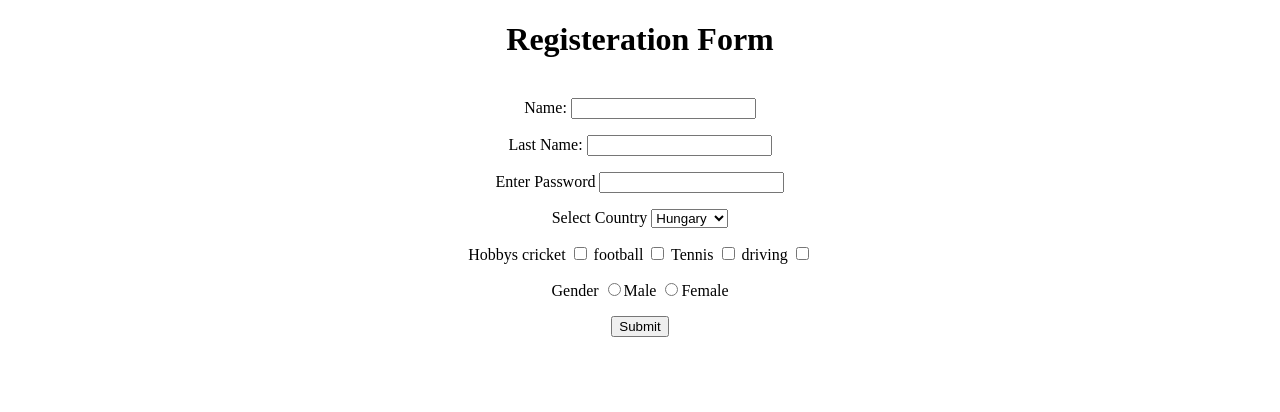
Repository: DevKhanHassam/SpringMvc
Page: http://localhost/formPractice/WEB-INF/views/form.jsp
The author's editor kept a copy of each file at every save. The page is drawn from the files as they stood at one save, then again after the next save.
The browser window is 1280 px wide. The pictures show the whole page.
The page is served by Tomcat 9. Nobody is signed in. The template is opened directly, without the code that normally fills it, so the values that code supplies are empty.

Above is the page before, as saved 2024-05-18 15:28:11.

After the next save:
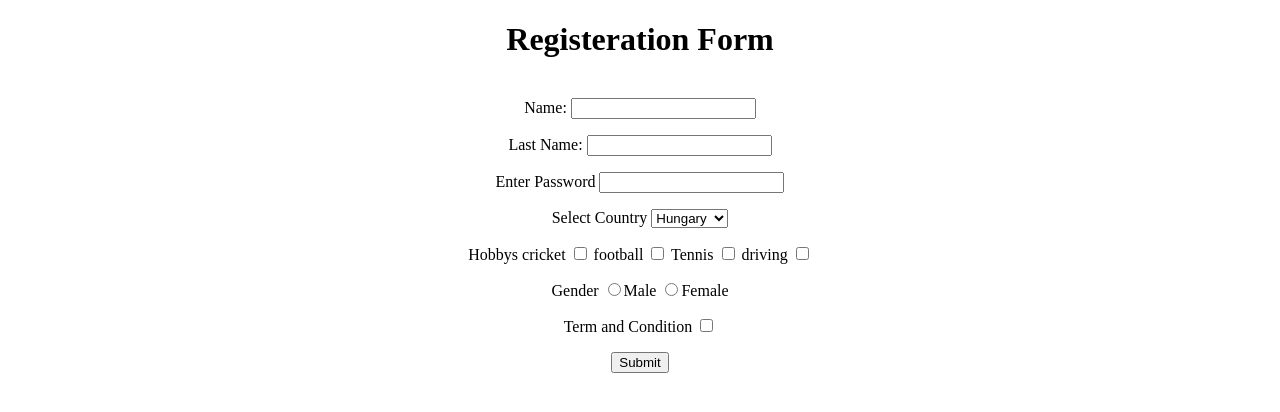
Saved 76 s later.
--- a/formPractice/src/main/webapp/WEB-INF/views/form.jsp
+++ b/formPractice/src/main/webapp/WEB-INF/views/form.jsp
@@ -71,6 +71,10 @@
 		     <form:radiobutton label="Male" value="Male" path="gender"/>
 		      <form:radiobutton label="Female" value="female" path="gender"/>
 		      <form:errors path="gender" cssClass="error" ></form:errors>
+
+		      <p>
+		      <label for="termAndConditon">Term and Condition</label>
+		      <form:checkbox  id="termAndConditon" path="termAndConditon"/>
 		      <p>
 		      <input type="submit">
 
